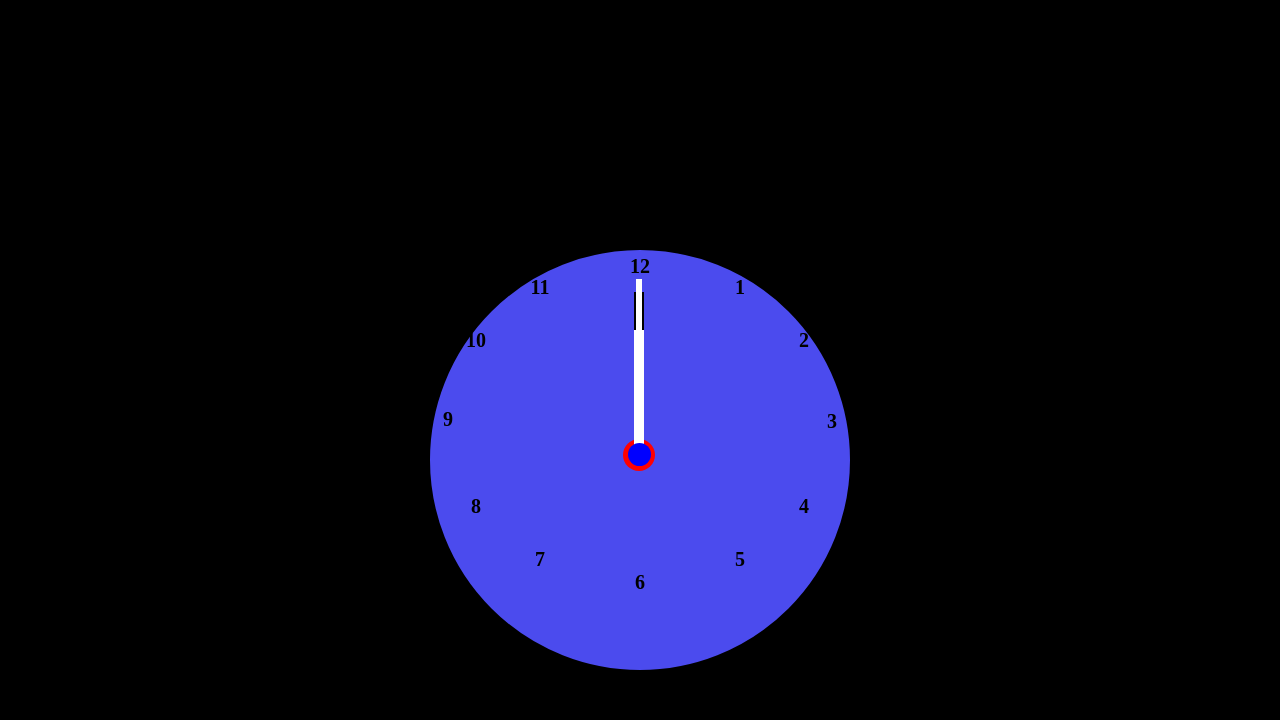
Repository: Eugene44-hub/Analog-clock
Page: index.html
The author's editor kept a copy of each file at every save. The page is drawn from the files as they stood at one save, then again after the next save.
The browser window is 1280 px wide. The pictures show the whole page.

Above is the page before, as saved 2021-09-04 23:08:18.

### index.html
<!DOCTYPE html>
<html lang="en">

<head>
    <meta charset="UTF-8">
    <meta http-equiv="X-UA-Compatible" content="IE=edge">
    <meta name="viewport" content="width=device-width, initial-scale=1.0">
    <title>Document</title>
    <link rel="stylesheet" href="style.css">
</head>

<body>
    <div class="clock">
        <div class="numbers">

            <div class="circle"></div>
            <div class="minute"></div>
            <div class="hour"></div>
            <div class="second"></div>
            <div class="circle small"></div>
            <div class="num1">1</div>
            <div class="num2">2</div>
            <div class="num3">3</div>
            <div class="num4">4</div>
            <div class="num5">5</div>
            <div class="num6">6</div>
            <div class="num7">7</div>
            <div class="num8">8</div>
            <div class="num9">9</div>
            <div class="num10">10</div>
            <div class="num11">11</div>
            <div class="num12">12</div>
        </div>
    </div>
</body>

<script src="app.js"></script>

</html>

### style.css
* {
    padding: 0;
    margin: 0;
}

body {
    background-color: black;
}

.clock {
    background-color: rgb(75, 75, 238);
    height: 400px;
    width: 400px;
    border: 20px solid black;
    text-align: center;
    font-weight: bold;
    font-family: cursive;
    font-size: 20px;
    transform: translate(0, 50%);
    position: relative;
    border-radius: 50%;
    margin: auto;
    padding: 10px;
}

.circle {
    background-color: red;
    position: absolute;
    top: 45%;
    left: 46%;
    width: 32px;
    height: 32px;
    border-radius: 50%;
}

.minute {
    background-color: black;
    position: absolute;
    top: 10%;
    left: 48.5%;
    width: 10px;
    height: 167px;
    border: 50%;
    transform: rotate(0deg);
    transform-origin: bottom;
}

.hour {
    background-color: black;
    position: absolute;
    top: 19%;
    left: 48.5%;
    width: 10px;
    height: 130px;
    border: 50%;
    transform: rotate(0deg);
    background-color: white;
    transform-origin: bottom;
    /* animation: clock 60s linear infinite; */
}

.second {
    position: absolute;
    top: 7%;
    left: 49%;
    width: 6px;
    height: 180px;
    border: 50%;
    transform: rotate(0deg);
    background-color: white;
    transform-origin: bottom;
    animation: clock 60s linear infinite;
}

.small {
    width: 23px;
    height: 23px;
    background-color: blue;
    left: 198px;
    top: 46%;
}


/*
@keyframes clock {
    from {
        transform: rotate(0deg);
        background-color: white;
    }
    to {
        transform: rotate(360deg);
        background-color: blueviolet;
    }
} */

.num6 {
    transform: translate(0, 850%);
}

.num9 {
    transform: translate(-48%, -155%);
}

.num12 {
    transform: translate(0, -1120%);
}

.num3 {
    transform: translate(48%, 450%);
}

.num1 {
    transform: translate(25%, 70%);
}

.num2 {
    transform: translate(41%, 200%);
}

.num4 {
    transform: translate(41%, 720%);
}

.num5 {
    transform: translate(25%, 850%);
}

.num5 {
    transform: translate(25%, 850%);
}

.num7 {
    transform: translate(-25%, 650%);
}

.num8 {
    transform: translate(-41%, 320%);
}

.num11 {
    transform: translate(-25%, -930%)
}

.num10 {
    transform: translate(-41%, -600%);
}


/* .num1,
.num2,
.num3,
.num4,
.num5,
.num6,
.num7,
.num8,
.num9,
.num10,
.num11,
.num12 {
    padding: 15px;
} */


/* .num1 {
    transform: translate(28%, 100%);
}

.num2 {
    transform: translate(44%, 260%);
}

.num3 {
    transform: translate(48%, 489%);
}

.num4 {
    transform: translate(44%, 750%);
}

.num5 {
    transform: translate(28%, 890%);
}

.num6 {
    transform: translate(0, 890%);
}

.num7 {
    transform: translate(24%, 694%);
}

.num8 {
    transform: translate(-44%, 350%)
}

.num9 {
    transform: translate(-48%, -100%);
}

.num10 {
    transform: translate(-44%, -540%);
}

.num11 {
    transform: translate(-28%, -900%);
}

.num12 {
    transform: translate(0, -1130%);
} */

### app.js
setInterval(function() {
    let second, hour, minute, date;

    second = document.querySelector('.second');
    hour = document.querySelector('.hour');
    minute = document.querySelector('.minute');
    date = new Date();
    seconds = date.getSeconds();
    hours = date.getHours() - 12;
    minutes = date.getMinutes();

    second.style.transform = ` rotate(${seconds*6}deg)`;
    minute.style.transform = `rotate(${minutes*6}deg)`;
    hour.style.transform = `rotate(${30*hours}deg)`;

}, Infinity)

After the next save:
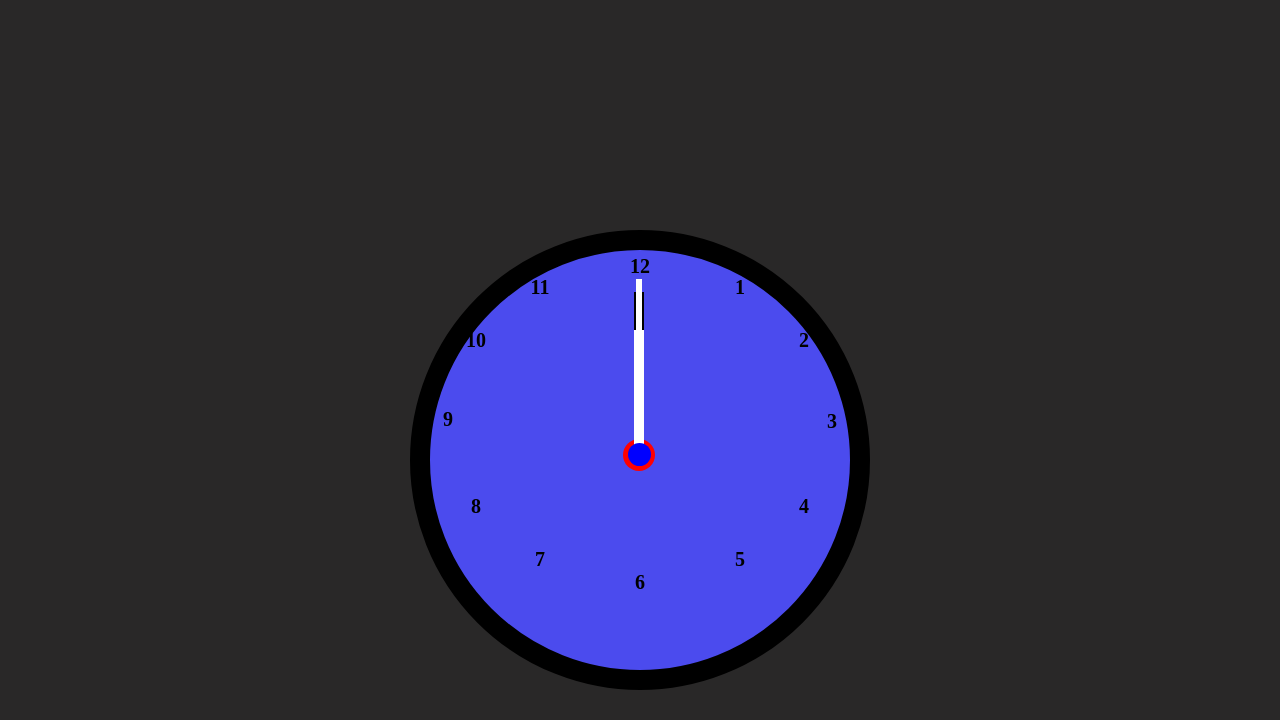
Saved 18 s later.
--- a/style.css
+++ b/style.css
@@ -4,7 +4,7 @@
 }
 
 body {
-    background-color: black;
+    background-color: rgb(41, 40, 40);
 }
 
 .clock {
